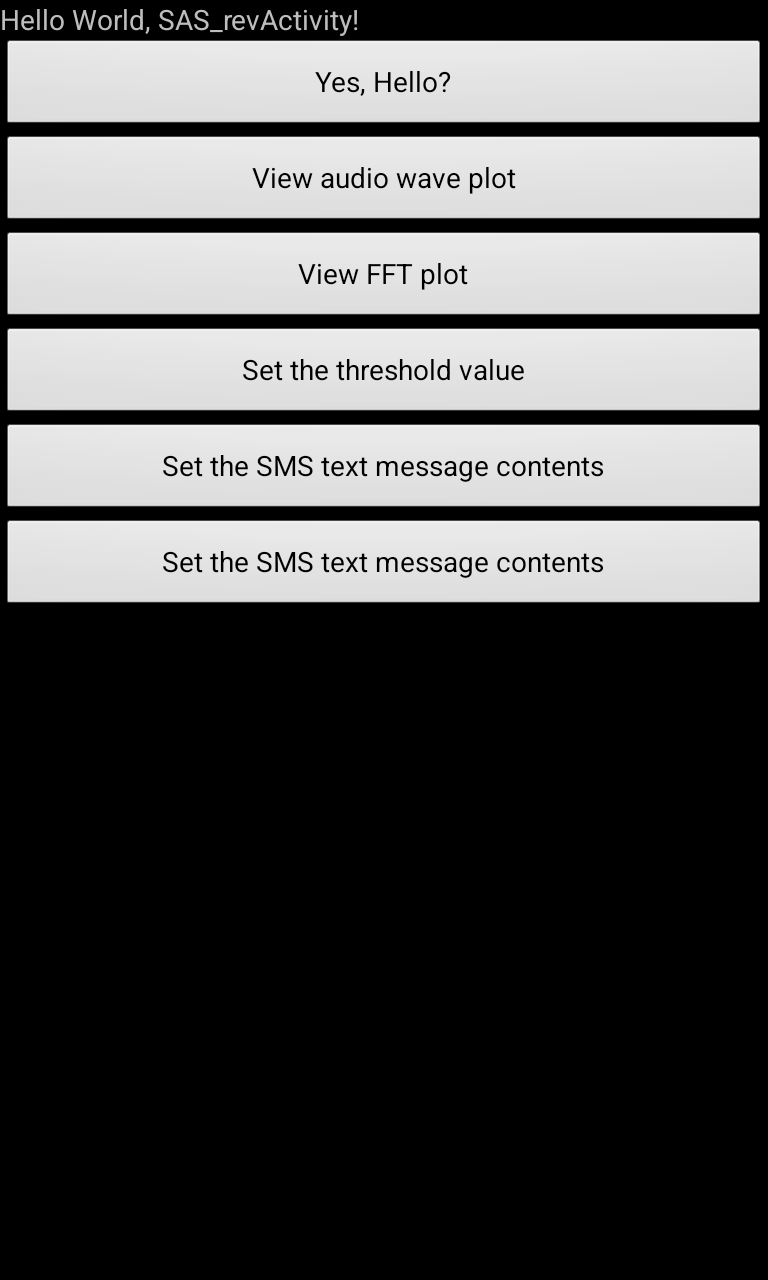
Repository: RaabsIn513/eclipse_workspace
Layout: SAS_rev/res/layout/main.xml
An editor plug-in stored every save of this project. The layout is shown before and after the next save, followed by the edit.
It is drawn on a 768 x 1280 px phone screen (xhdpi) without system bars, with theme android:Theme; the app's code is not run.

Above is the layout before, as saved 2012-02-08 21:14:08.

### SAS_rev/res/layout/main.xml
<?xml version="1.0" encoding="utf-8"?>
<LinearLayout xmlns:android="http://schemas.android.com/apk/res/android"
    android:layout_width="fill_parent"
    android:layout_height="fill_parent"
    android:orientation="vertical" >

    <TextView
        android:layout_width="fill_parent"
        android:layout_height="wrap_content"
        android:text="@string/hello" />

    <Button
        android:id="@+id/dog"
        android:layout_width="fill_parent"
        android:layout_height="wrap_content"
        android:text="Yes, Hello?" />

    <Button
        android:id="@+id/wave_plot"
        android:layout_width="fill_parent"
        android:layout_height="wrap_content"
        android:text="@string/viewWave_btText" />

    <Button
        android:id="@+id/FFT_plot"
        android:layout_width="fill_parent"
        android:layout_height="wrap_content"
        android:text="@string/viewFFT_btText" />

    <Button
        android:id="@+id/setThresh"
        android:layout_width="fill_parent"
        android:layout_height="wrap_content"
        android:text="@string/setThresh_btText" />

	<Button
        android:id="@+id/setSMS"
        android:layout_width="fill_parent"
        android:layout_height="wrap_content"
        android:text="@string/setSMS_btText" />

	<Button
        android:id="@+id/setTestSMS"
        android:layout_width="fill_parent"
        android:layout_height="wrap_content"
        android:text="@string/setSMS_btText" />


</LinearLayout>

### SAS_rev/res/values/strings.xml
<?xml version="1.0" encoding="utf-8"?>
<resources>

    <string name="hello">Hello World, SAS_revActivity!</string>

    <string name="app_name">SAS_rev</string>
	<string name="plotAct_text">Plot View</string>

	<string name="viewWave_btText">View audio wave plot</string>
    <string name="viewFFT_btText">View FFT plot</string>
    <string name="setThresh_btText">Set the threshold value</string>
    <string name="setSMS_btText">Set the SMS text message contents</string>
    <string name="sendSMS_btText">Send a test text message</string>

</resources>

After the next save:
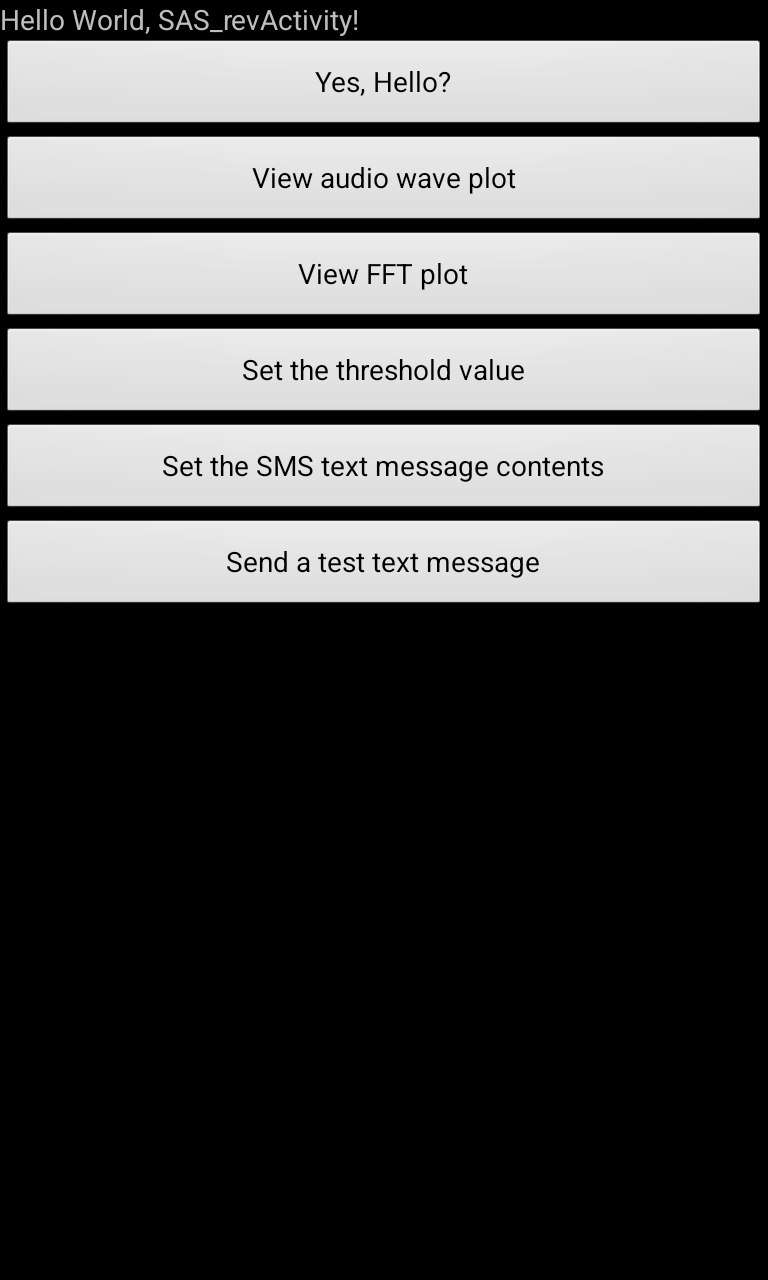
Saved 10 s later.
--- a/SAS_rev/res/layout/main.xml
+++ b/SAS_rev/res/layout/main.xml
@@ -43,7 +43,7 @@
         android:id="@+id/setTestSMS"
         android:layout_width="fill_parent"
         android:layout_height="wrap_content"
-        android:text="@string/setSMS_btText" />
+        android:text="@string/sendSMS_btText" />
 
 
 </LinearLayout>
